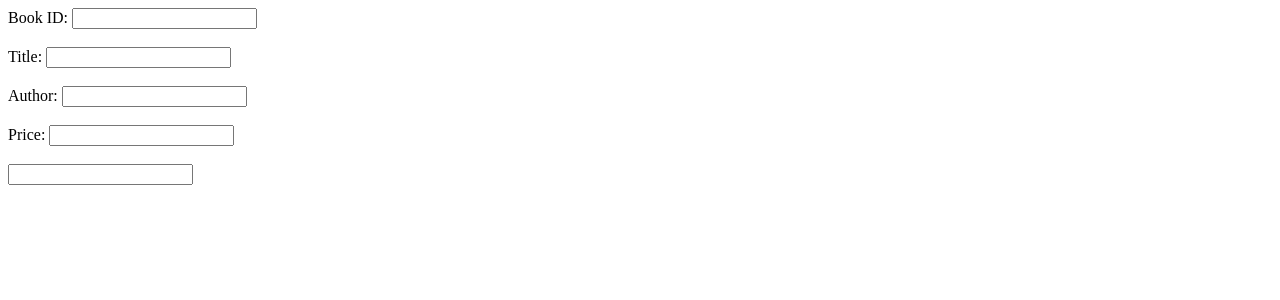
Repository: KoviAnusha/Typescript-files
Page: workspace-sts-3.9.9.RELEASE/BookHomeAssignment/WebContent/InsertBooks.html
The author's editor kept a copy of each file at every save. The page is drawn from the files as they stood at one save, then again after the next save.
The browser window is 1280 px wide. The pictures show the whole page.

Above is the page before, as saved 2019-08-23 08:37:53.

After the next save:
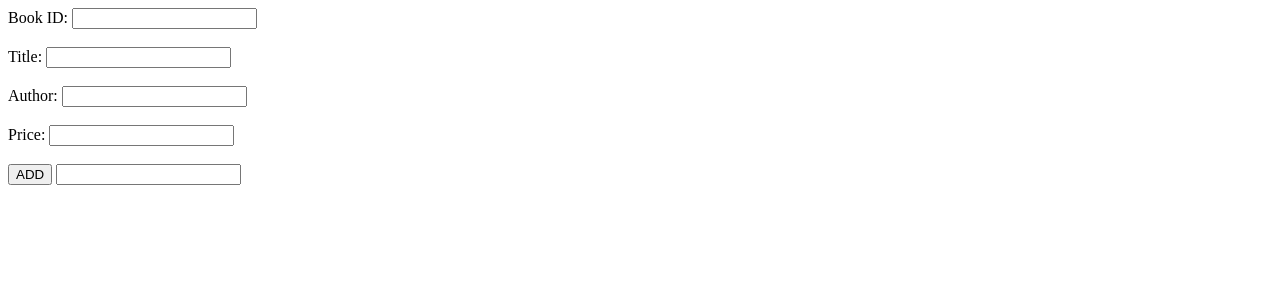
Saved 65 s later.
--- a/workspace-sts-3.9.9.RELEASE/BookHomeAssignment/WebContent/InsertBooks.html
+++ b/workspace-sts-3.9.9.RELEASE/BookHomeAssignment/WebContent/InsertBooks.html
@@ -10,6 +10,7 @@ Book ID: <input type="text" name="id" ><br><br>
 Title: <input type="text" name="title" ><br><br>
 Author: <input type="text" name="author" ><br><br>
 Price: <input type="text" name="price" ><br><br>
+<button onclick=add(id,title,author,price)>ADD</button>
 <input>
 </form>
 </body>
